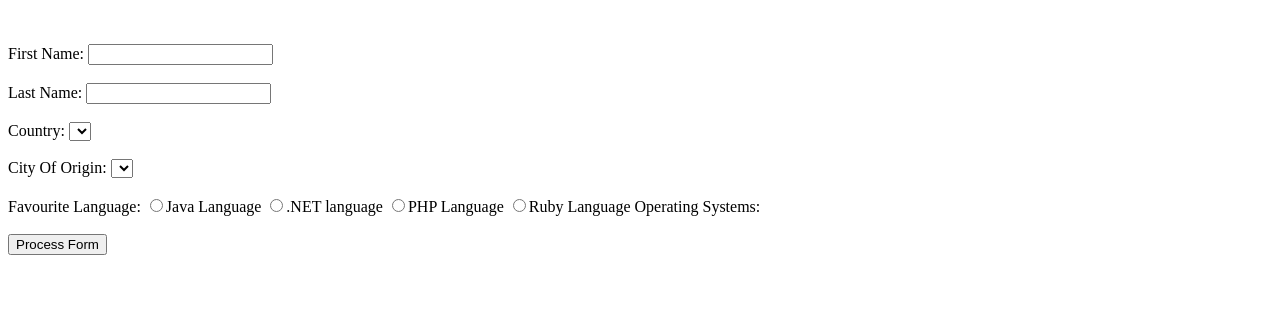
Repository: mandavalliranjit/SpringMVC
Page: http://localhost/spring-formtags-demo/WEB-INF/view/student-form.jsp
An editor plug-in stored every save of this project. The page is shown before and after the next save, followed by the edit.
The browser window is 1280 px wide. The pictures show the whole page.
The page is served by Tomcat 9. Nobody is signed in. The template is opened directly, without the code that normally fills it, so the values that code supplies are empty.

Above is the page before, as saved 2022-01-23 14:08:40.

After the next save:
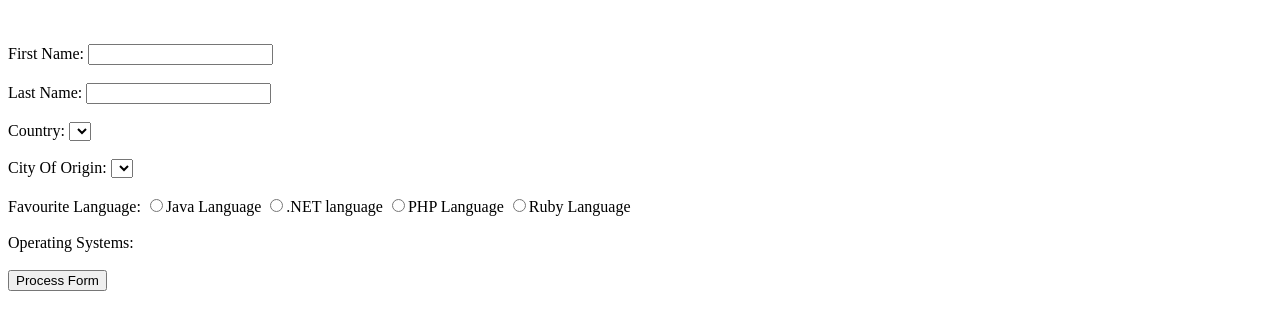
Saved 2 min 49 s later.
--- a/spring-formtags-demo/WebContent/WEB-INF/view/student-form.jsp
+++ b/spring-formtags-demo/WebContent/WEB-INF/view/student-form.jsp
@@ -32,7 +32,7 @@ Country:
 		label="PHP Language" />
 	<form:radiobutton path="favoriteLanguage" value="Ruby"
 		label="Ruby Language" />
-
+	<br></br>
 
 	Operating Systems:
 	<form:checkboxes items="${studentFromPage.osItemList}"
